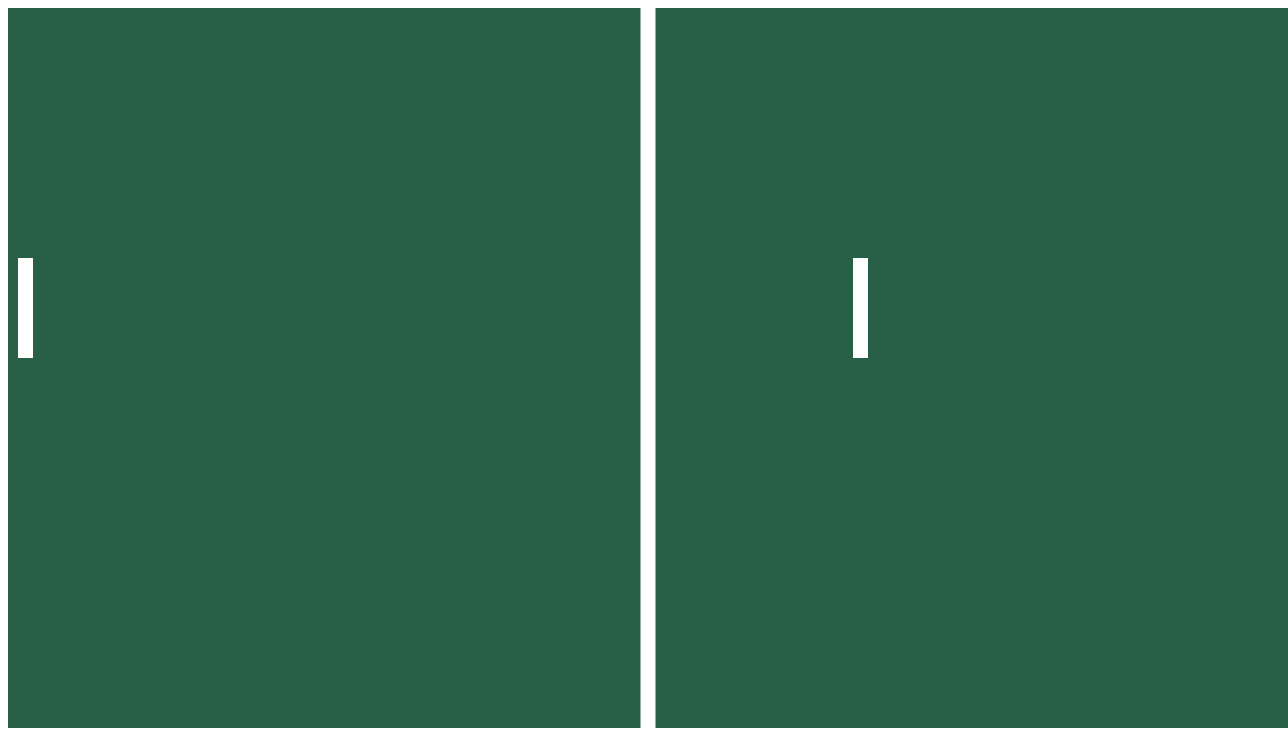
Repository: luizgaivaa/Game
Page: index.html
These files come from the project's save history. The page is drawn as it stood at one moment and after the next save; the edit follows.
The browser window is 1280 px wide. The page is 1288 px wide, so the pictures cover 1288 px, including what lies to the right of the window. The pictures show the whole page.

Above is the page before, as saved 2024-03-26 16:06:20.

After the next save:
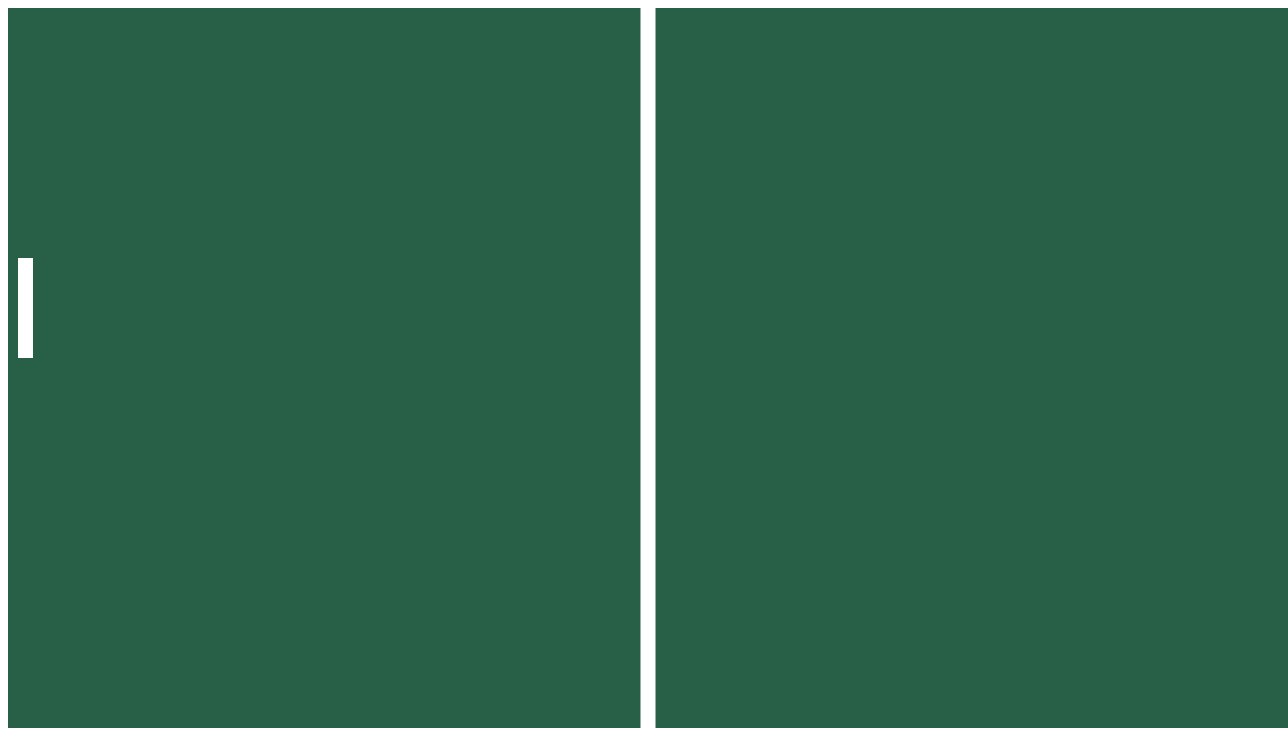
Saved 5 s later.
--- a/index.html
+++ b/index.html
@@ -32,7 +32,7 @@
             canvasCtx.fillRect(10,250,lineWidth,100)
 
             //raquete direita
-            canvasCtx.fillRect(window.innerHeight - lineWidth - -140, 250, lineWidth, 100)
+            canvasCtx.fillRect(window.innerHeight - lineWidth - -1400, 250, lineWidth, 100)
 
         }
         setup()
